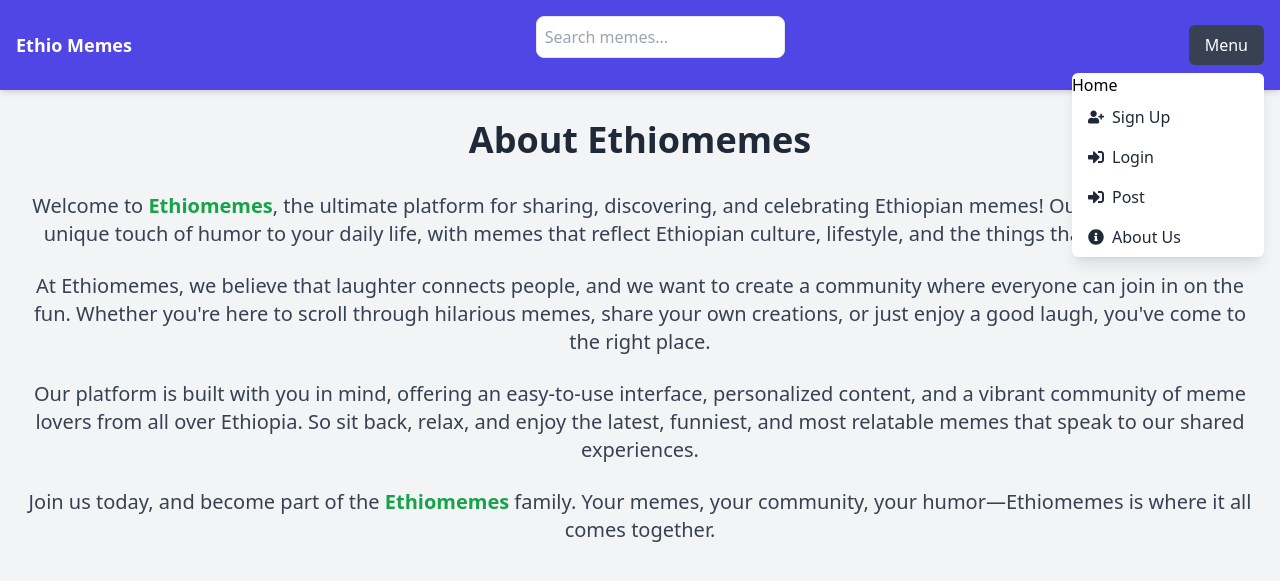
Repository: duresaguye/ethio_meme_social_media_app
Page: /about, after clicking the first element matching `button.text-white`
These files come from the project's save history. The page is drawn as it stood at one moment and after the next save; the edit follows.
The browser window is 1280 px wide. The pictures show the whole page.
The project was rebuilt for these pictures with package versions that can differ from the ones it lists, and the page was loaded fresh each time. The framework's server and built-in components were replaced by stand-ins that run in the browser. Also part of the build but not shown: next.config.mjs.

Above is the page before, as saved 2025-01-10 10:28:49.

After the next save:
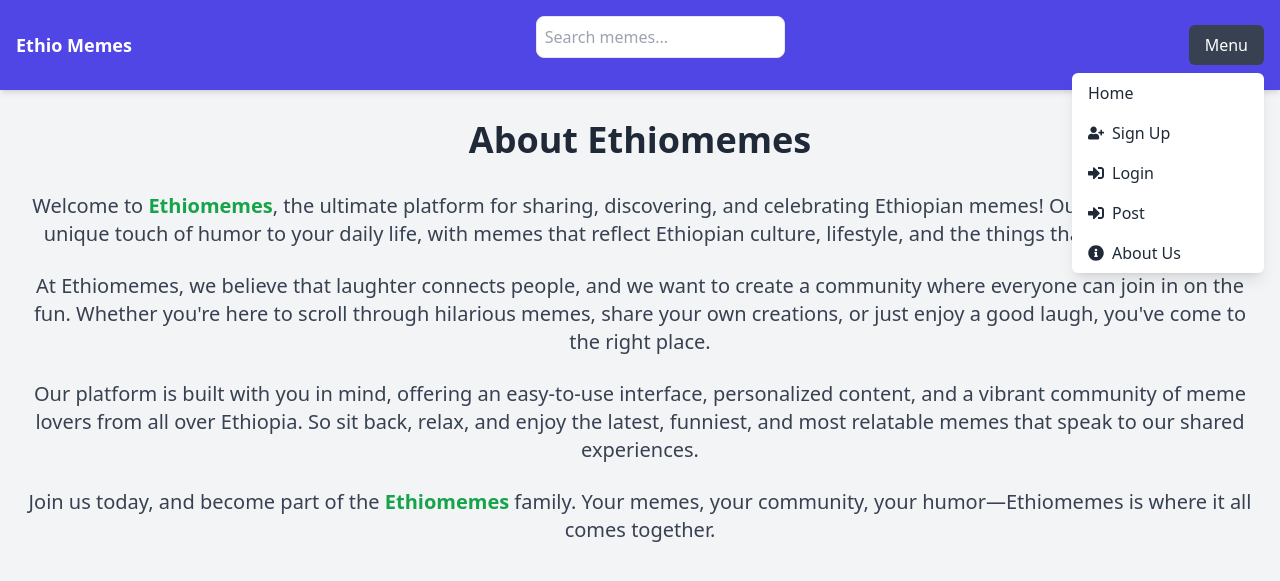
Saved 16 s later.
--- a/src/app/components/Navbar.jsx
+++ b/src/app/components/Navbar.jsx
@@ -26,7 +26,7 @@ const Navbar = () => {
                 </button>
                 {dropdownOpen && (
                     <div className="absolute right-0 mt-2 w-48 bg-white rounded-md shadow-lg">
-                        <Link href="/">Home</Link>
+                        <Link href="/" className="flex items-center px-4 py-2 text-gray-800 hover:bg-gray-200">Home</Link>
                         <Link href="/auth/signup" className="flex items-center px-4 py-2 text-gray-800 hover:bg-gray-200">
                             <FaUserPlus className="mr-2" /> Sign Up
                         </Link>
